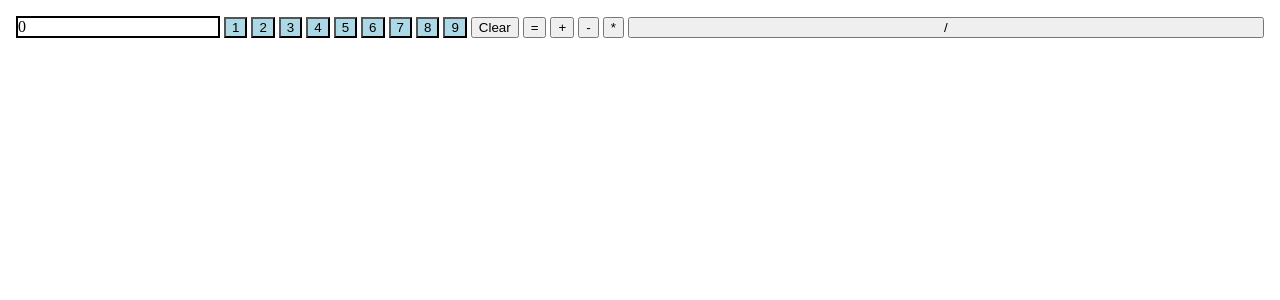
Repository: weazzyefff/Calculator-App
Page: index.html
The author's editor kept a copy of each file at every save. The page is drawn from the files as they stood at one save, then again after the next save.
The browser window is 1280 px wide. The pictures show the whole page.

Above is the page before, as saved 2022-12-18 19:16:16.

### index.html
<!DOCTYPE html>
<html>
<head>
	<meta charset="utf-8">
	<meta name="viewport" content="width=device-width, initial-scale=1">
	<title>Calculator App</title>
    <link rel="stylesheet" href="style.css">
    <script src="script.js" defer></script>
</head>
<body>
    <div class="container">
        <div class="display">0</div>
        <button type ="input" class="numbtn" id="1">1</button>
        <button type ="input" class="numbtn" id="2">2</button>
        <button type ="input" class="numbtn" id="3">3</button>
        <button type ="input" class="numbtn" id="4">4</button>
        <button type ="input" class="numbtn" id="5">5</button>
        <button type ="input" class="numbtn" id="6">6</button>
        <button type ="input" class="numbtn" id="7">7</button>
        <button type ="input" class="numbtn" id="8">8</button>
        <button type ="input" class="numbtn" id="9">9</button>
        <button type ="input" class="otherBtn" id="clear">Clear</button>
        <button type ="input" class="otherBtn" id="=">=</button>
        <button type ="input" class="otherBtn" id="+">+</button>
        <button type = "input" class="otherBtn" id="-">-</button>
        <button type = "input" class="otherBtn" id="*">*</button>
        <button type = "input" class="otherBtn" id="divide">/</button>
    </div>


</body>
</html>

### style.css
.container {
    border-radius: 8px;
    border: 2px solid blue
    width: 80px;
    display: flex;
    flex-wrap: wrap;
    align-items: center;
    justify-content: center;
    padding: 8px;
    gap: 4px;

}
.display {
    border: 2px solid black;
    width: 200px;
}
.numbtn {
    display: flex;
    background-color: lightblue;
}
.otherBtn {
    display: flex;
}
#divide {
    justify-content: center;
    flex-grow: 2;
}

### script.js
//Global variables
let displayValue = [];
let operator = [];

// Main functions
const add = (...args) => args.reduce((a, b) => a + b);

const subtract = (...args) => args.reduce((a, b) => a - b);

const multiply = (...args) => args.reduce((a, b) => a * b);

const divide = (...args) => args.reduce((a, b) => a / b);

const operate = (operator, displayValue) => {

    switch (operator) {

        case '+':
            return add(displayValue);

        case '-':
            return subtract(displayValue);

        case '*':
            return multiply(displayValue);

        case '/':
            return divide(displayValue);

        default: console.log("Blackhole sun, won't you come");
    }
}


const one = document.getElementById("1");
one.addEventListener("click", (e) => {
    document.querySelector(".display").innerHTML = 1;
    displayValue.push(1);
});
const two = document.getElementById("2");
two.addEventListener("click", (e) => {
    document.querySelector(".display").innerHTML = 2;
    displayValue.push(2);
});
const three = document.getElementById("3");
three.addEventListener("click", (e) => {
    document.querySelector(".display").innerHTML = 3;
    displayValue.push(3);
});
const four = document.getElementById("4");
four.addEventListener("click", (e) => {
    document.querySelector(".display").innerHTML = 4;
    displayValue.push(4);
});
const five = document.getElementById("5");
five.addEventListener("click", (e) => {
    document.querySelector(".display").innerHTML = 5;
    displayValue.push(5);
});
const six = document.getElementById("6");
six.addEventListener("click", (e) => {
    document.querySelector(".display").innerHTML = 6;
    displayValue.push(6);
});
const seven = document.getElementById("7");
seven.addEventListener("click", (e) => {
    document.querySelector(".display").innerHTML = 7;
    displayValue.push(7);
});
const eight = document.getElementById("8");
eight.addEventListener("click", (e) => {
    document.querySelector(".display").innerHTML = 8;
    displayValue.push(8);
});
const nine = document.getElementById("9");
nine.addEventListener("click", (e) => {
    document.querySelector(".display").innerHTML = 9;
    displayValue.push(9);
});
const clear = document.getElementById("clear");
clear.addEventListener("click", (e) => {
    document.querySelector(".display").innerHTML = 0;
    return displayValue = [];
});
const addSign = document.getElementById("+");
addSign.addEventListener("click", (e) => {
    operator.push('+');

});
const subtractSign = document.getElementById("-");
subtractSign.addEventListener("click", (e) => {
    operator.push('-');
});
const multiplySign = document.getElementById("*");
multiplySign.addEventListener("click", (e) => {
    operator.push('*');
});
const divideSign = document.getElementById("divide");
divideSign.addEventListener("click", (e) => {
    operator.push('/');
});
const equals = document.getElementById("=");
equals.addEventListener("click", (e) => {
  return document.querySelector(".display").innerHTML = operate(operator, displayValue);
});


//console.log(operate('+',10, 5)); <<working

After the next save:
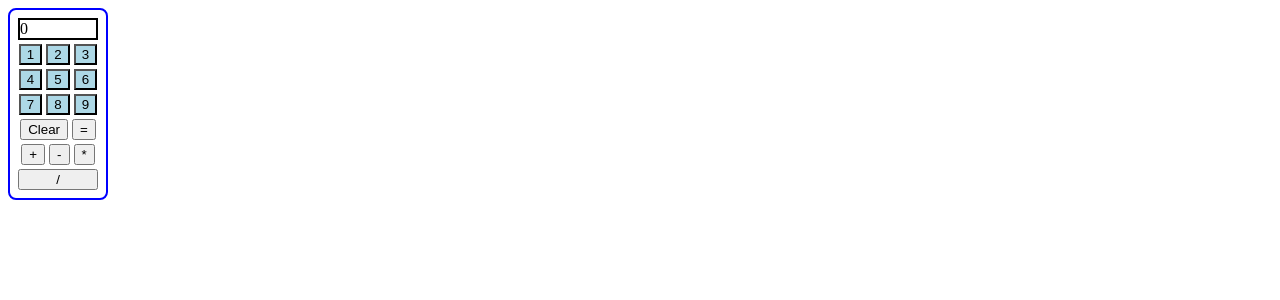
Saved 13 s later.
--- a/style.css
+++ b/style.css
@@ -1,6 +1,6 @@
 .container {
     border-radius: 8px;
-    border: 2px solid blue
+    border: 2px solid blue;
     width: 80px;
     display: flex;
     flex-wrap: wrap;
